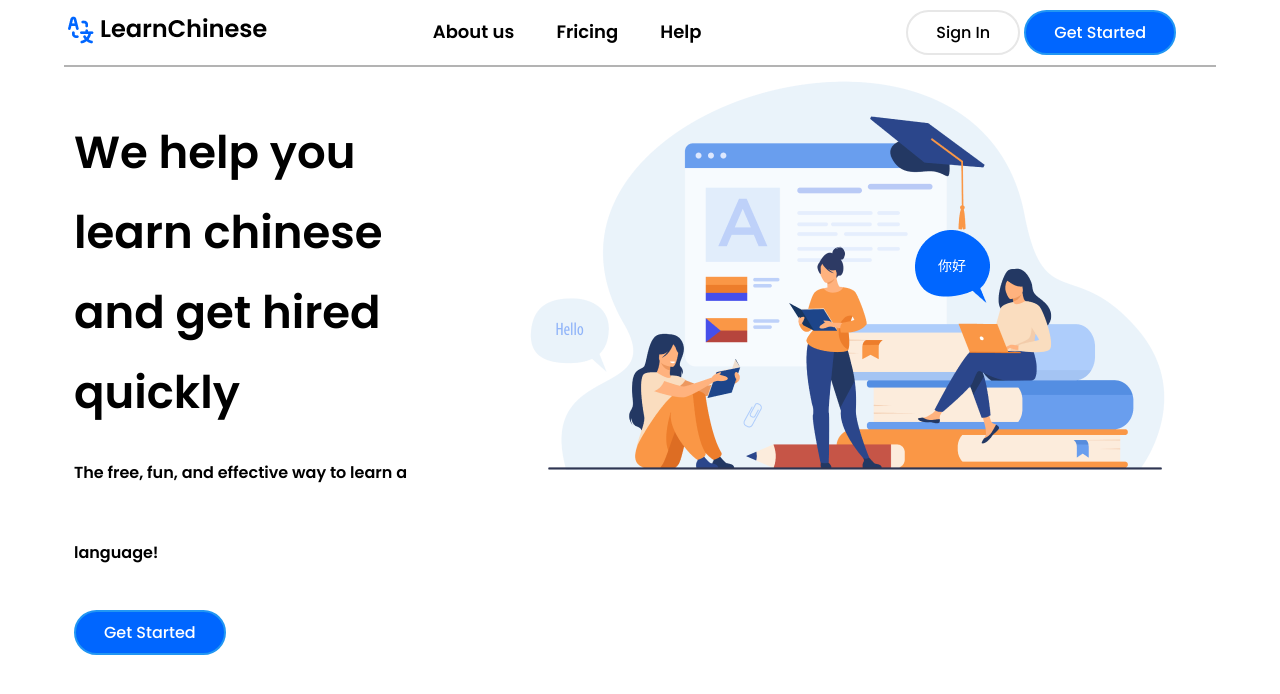
Repository: BinhIT/ChineseLearn
Page: index.html
An editor plug-in stored every save of this project. The page is shown before and after the next save, followed by the edit.
The browser window is 1280 px wide. The pictures show the whole page.

Above is the page before, as saved 2023-03-01 13:56:27.

### index.html
<!DOCTYPE html>
<html lang="en">

<head>
    <meta charset="UTF-8">
    <meta http-equiv="X-UA-Compatible" content="IE=edge">
    <meta name="viewport" content="width=device-width, initial-scale=1.0">
    <link rel="icon" type="image/x-icon" href="./image/uil_english-to-chinese.svg">
    <meta name="viewport" content="width=device-width, initial-scale=1">
    <link rel="stylesheet" href="https://cdnjs.cloudflare.com/ajax/libs/font-awesome/4.7.0/css/font-awesome.min.css">
    <meta name="viewport" content="width=device-width, initial-scale=1">
    <link rel="stylesheet" href="https://cdnjs.cloudflare.com/ajax/libs/font-awesome/4.7.0/css/font-awesome.min.css">
    <link rel="stylesheet" href="./css/header.css">
    <link rel="stylesheet" href="./css/section.css">
    <title>Learn Chinese </title>
</head>

<body>
    <nav id="menu_header">
        <a href="javascript:void(0);" class="icon_nav" onclick="myFunction()">
            <i class="fa fa-bars"></i>
        </a>
        <label class="logo_main"><img src="./image/logo.png" alt=""></label>
        <label class="logo_mobile"><img src="./image/logo_short.png" alt=""></label>
        <ul id="menu_link">
            <li><a href="#">About us</a></li>
            <li><a href="#">Fricing</a></li>
            <li><a href="#">Help</a></li>
        </ul>
        <ul id="menu_btn">
            <button class="btn_header default">Sign In</button>
            <button class="btn_header info">Get Started</button>
        </ul>

    </nav>
    <section class="hero-section">
        <div class="row flex-container ">
            <div class="column hero-col1">
                <h1>We help you learn chinese and get hired quickly</h1>
                <h4>The free, fun, and effective way to learn a language!</h4>
                <button class="btn_header info">Get Started</button>
            </div>
            <div class="column">
                <img src="./image/img-hero.png" alt="">
            </div>
        </div>

    </section>
</body>
<script src="./js/header.js"></script>

</html>

### css/header.css
@import url('https://fonts.googleapis.com/css2?family=Poppins:wght@500;600&display=swap');



* {
    padding: 0;
    margin: 0;
    text-decoration: none;
    list-style: none;
    font-family: 'Poppins', sans-serif;

}

#menu_header {
    display: flex;
    flex-wrap: nowrap;
    justify-content: space-between;
    align-items: center;
}

nav {
    height: 65px;
    width: 90%;
    margin: 0 auto;
    background: #ffffff;
    border-bottom: 2px solid #B3B3B3;
}

label.logo {
    font-size: 35px;
    font-weight: bold;
    color: #fff;
    padding: 0 100px;
    line-height: 80px;
}

nav ul {
    float: right;
    margin-right: 40px;
}

nav li {
    display: inline-block;
    margin: 0 8px;
    line-height: 80px;
}

nav a {
    color: #000000;
    font-size: 18px;
    font-weight: 700;
    border: 1px solid transparent;
    padding: 7px 10px;
    border-radius: 3px;
}

a.active,
a:hover {
    border: 1px solid #000000;
    transition: .5s;
}



.btn_header {
    border: 2px solid black;
    border-radius: 25px;
    background-color: white;
    color: black;
    padding: 8px 28px;
    font-size: 16px;
    cursor: pointer;

}

/* Blue */
.info {
    background-color: #0066FF;
    border-color: #2196F3;
    color: rgb(255, 255, 255);
}

.info:hover {
    background: #0066FF;
    color: white;
}

/* Gray */
.default {
    border-color: #e7e7e7;
    color: black;
}

.default:hover {
    background: #e7e7e7;
}

/* logo */
.logo_mobile {
    display: none;
}

#menu_header .icon_nav {
    display: none;

}



@media only screen and (max-width:765px) {
    .logo_mobile {
        display: block;
    }

    .logo_main {
        display: none;
    }

    nav {
        width: 95%;
    }

    #menu_header .icon_nav {
        display: block;
        width: 30%;
    }

    #menu_btn {
        display: contents;
        float: right;
    }

    #menu_btn .default {
        display: none;
    }

    #menu_header #menu_link {
        display: none;
    }

    .btn_header {
        font-size: 5px;
        padding: 8px 25px;
    }


}

@media only screen and (max-width: 1024px) {
    nav #icon {
        display: block;
    }

    .logo_mobile {
        display: block;
        width: 15%;
    }

    .logo_main {
        display: none;
    }

    nav a {
        font-size: 18px;
    }

    a.active,
    a:hover {
        border: none;
        color: #3498db;
    }

    nav ul.show {
        left: 0;
    }

    .btn_header {

        font-size: 8px;
    }
}

### css/section.css
/* section hero */
.row {
    width: 90%;
    margin: auto;
    padding: auto;
}

.column {
    flex: 50%;
    padding: 10px;
    height: 300px;
}

.hero-row {
    display: flex;
}

.hero-col1 {
    padding-top: 4%;
    line-height: 5em;
}

.hero-col1 h1 {
    font-size: 45px;

}

.flex-container {
    display: flex;
}

/* reponsive section */
/* tablet */
@media screen and (max-width: 1024px) {
    .flex-container {
        flex-wrap: wrap;
    }
}

Loaded but not shown: js/header.js (common file)

After the next save:
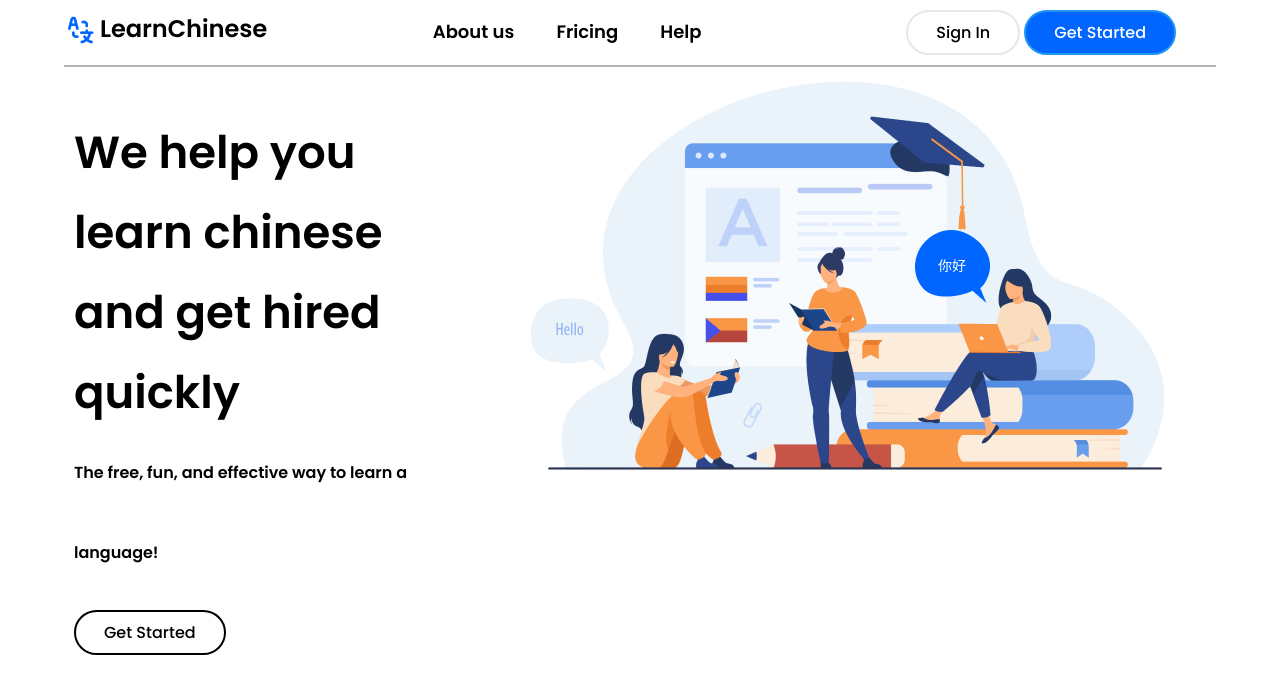
Saved 2 min 40 s later.
--- a/index.html
+++ b/index.html
@@ -38,7 +38,7 @@
             <div class="column hero-col1">
                 <h1>We help you learn chinese and get hired quickly</h1>
                 <h4>The free, fun, and effective way to learn a language!</h4>
-                <button class="btn_header info">Get Started</button>
+                <button class="btn_header btn_hero">Get Started</button>
             </div>
             <div class="column">
                 <img src="./image/img-hero.png" alt="">

After the save that followed:
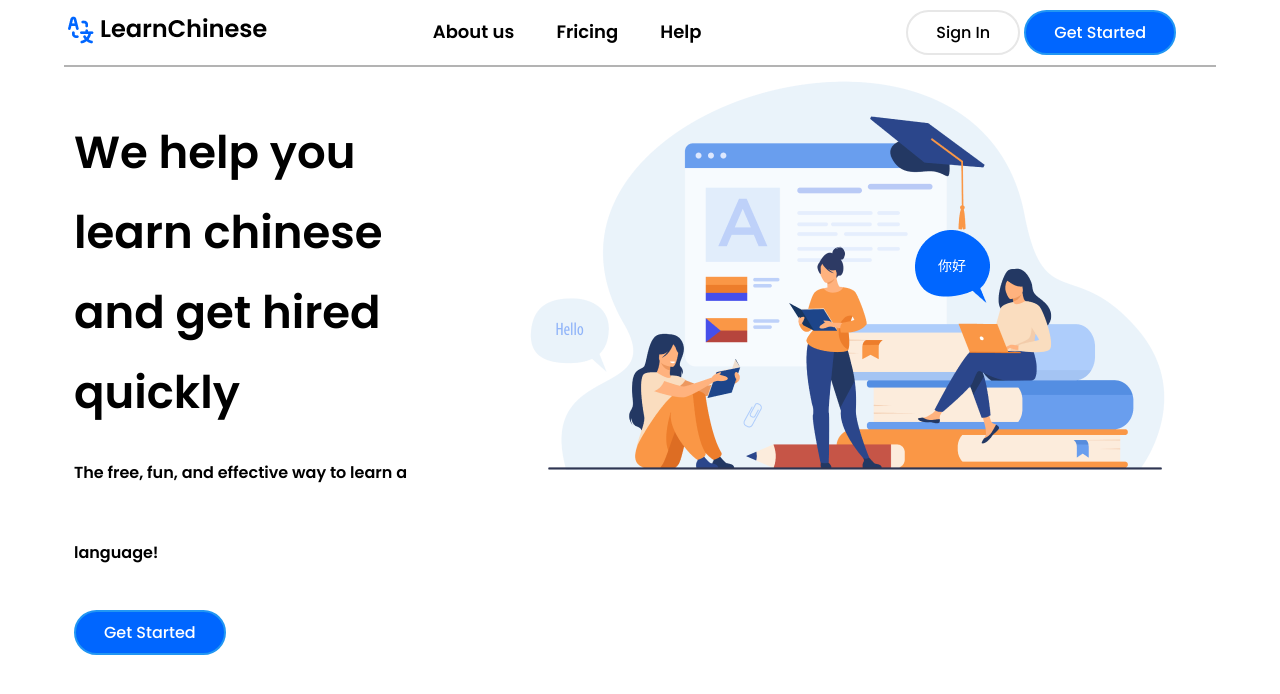
Saved 59 s later.
--- a/css/section.css
+++ b/css/section.css
@@ -29,6 +29,12 @@
     display: flex;
 }
 
+.btn_hero {
+    background-color: #0066FF;
+    border-color: #2196F3;
+    color: rgb(255, 255, 255);
+}
+
 /* reponsive section */
 /* tablet */
 @media screen and (max-width: 1024px) {
